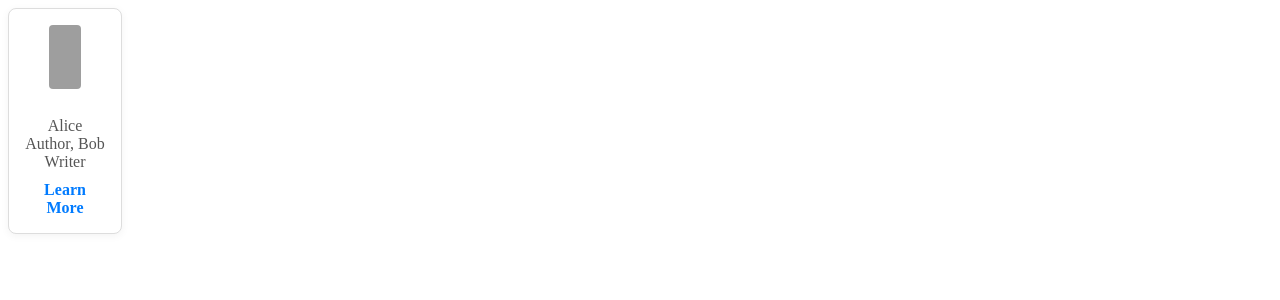
Repository: Micaelavalmores/BookCatalog
Page: /
These files come from the project's save history. The page is drawn as it stood at one moment and after the next save; the edit follows.
The browser window is 1280 px wide. The pictures show the whole page.
Pictures or frames that could not be fetched are drawn as grey boxes. The project was rebuilt for these pictures with package versions that can differ from the ones it lists, and the page was loaded fresh each time. Also part of the build but not shown: vite.config.js, src/index.css.

Above is the page before, as saved 2025-09-16 22:48:12.

### index.html
<!doctype html>
<html lang="en">
  <head>
    <meta charset="UTF-8" />
    <meta name="viewport" content="width=device-width, initial-scale=1.0" />
    <title>Book Catalog</title>
  </head>
  <body>
    <div id="root"></div>
    <script type="module" src="/src/main.jsx"></script>
  </body>
</html>

### src/main.jsx
import React from 'react';
import { createRoot } from 'react-dom/client';
import './index.css';
import Book from './assets/book.jsx';

const root = createRoot(document.getElementById("root"));

root.render(
  <React.StrictMode>
    <Book
      image="https://img.freepik.com/free-vector/stack-colorful-books_1308-171744.jpg?semt=ais_incoming&w=740&q=80"
      authors="Alice Author, Bob Writer"
      link="https://example.com/book-info"
    />
  </React.StrictMode>
);

### src/assets/book.jsx

import React from "react";
import "./book.css";

const book = ({ image, title, authors, link }) => (
  <div className="book-container">
    <img className="book-image" src={image} alt={title} />
    <div className="book-info">
      <h2 className="book-title">{title}</h2>
      <p className="book-authors">{authors}</p>
      <a className="book-link" href={link} target="_blank" rel="noopener noreferrer">
        Learn More
      </a>
    </div>
  </div>
);

export default book;

### src/assets/book.css
.book-container {
    max-width: 5em;
    border: 1px solid #ddd;
    border-radius: 8px;
    padding: 16px;
    display: flex;
    flex-direction: column;
    align-items: center;
    background: #fff;
    box-shadow: 0 2px 8px rgba(0,0,0,0.05);
  }

  .book-image {
    width: 2em;
    height: 4em;
    object-fit: cover;
    margin-bottom: 12px;
    border-radius: 4px;
  }

  .book-info {
    width: 100%;
    text-align: center;
  }

  .book-title {
    font-size: 18px;
    margin: 8px 0 4px;
  }

  .book-authors {
    color: #555;
    margin-bottom: 10px;
  }

  .book-link {
    display: inline-block;
    color: #007bff;
    text-decoration: none;
    font-weight: bold;
    transition: color 0.2s;
  }

  .book-link:hover {
    color: #0056b3;
  }

After the next save:
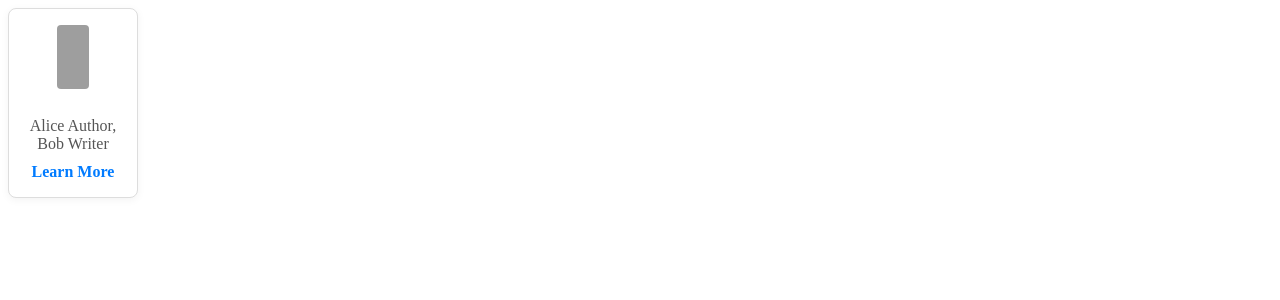
Saved 10 s later.
--- a/src/assets/book.css
+++ b/src/assets/book.css
@@ -1,5 +1,5 @@
 .book-container {
-    max-width: 5em;
+    max-width: 6em;
     border: 1px solid #ddd;
     border-radius: 8px;
     padding: 16px;
